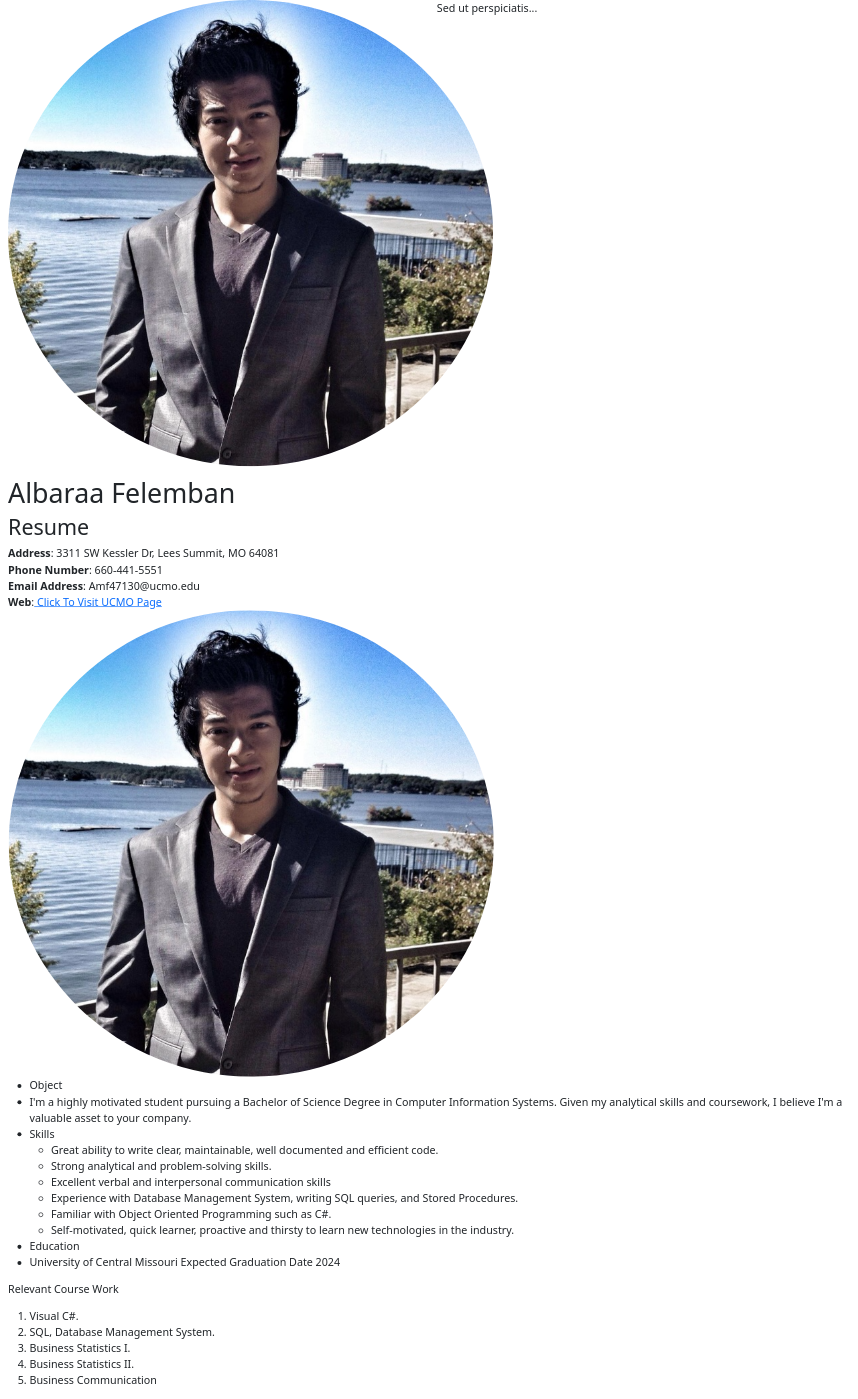
Repository: MrFelemban/RealEstate_Web-cis2625
Page: Lesson 8/index.html
The author's editor kept a record of every edit. The page is drawn from the files as they stood at one moment, then again after the next edit.
The browser window is 1280 px wide. The pictures show the whole page, at 67% of full size.

Above is the page before.

### Lesson 8/index.html
<!doctype html>
<html lang="en">
  <head>
    <meta charset="utf-8">
    <meta name="viewport" content="width=device-width, initial-scale=1">
    <title>Bootstrap demo</title>
    <link href="https://cdn.jsdelivr.net/npm/bootstrap@5.3.0-alpha1/dist/css/bootstrap.min.css" rel="stylesheet" integrity="sha384-GLhlTQ8iRABdZLl6O3oVMWSktQOp6b7In1Zl3/Jr59b6EGGoI1aFkw7cmDA6j6gD" crossorigin="anonymous">
  </head>
  <body>
      <div class="container-fluid">
  <div class="row">
    <div class="col-sm-3 col-md-6">
      <p>				<img src="PersonalPhoto.jpg"class="rounded-circle" alt="Albaraa Photo">
</p>
    </div>
    <div class="col-sm-9 col-md-6">
      <p>Sed ut perspiciatis...</p>
      </div>
    <div class="row">
  </div>
</div>
	<table name="top" id="top">
		<tr>
			<td>
				<img src="PersonalPhoto.jpg"class="rounded-circle" alt="Albaraa Photo">
			</td>
			<div class="Div_Name">
				<h1> Albaraa Felemban</h1>
			</div>
			<h2>Resume</h2>
			<div class="myDiv">
				<b>Address</b>: 3311 SW Kessler Dr, Lees Summit, MO 64081</br>
				<b>Phone Number</b>: 660-441-5551</br>
				<b>Email Address</b>: Amf47130@ucmo.edu</br>
				<b>Web</b>:<a href=" http://www.ucmo.edu"> Click To Visit UCMO Page </a>
				</td>
		</tr>
		</div>
	</table>
	<ul>
		<li class="Subject">Object</li>

		<li id="Hook">I'm a highly motivated student pursuing a Bachelor of Science Degree in Computer Information Systems. Given my analytical skills and coursework, I believe I'm a valuable asset to your company.</li>

		<li class="Subject">Skills</li>

		<div class="Skills">
			<ul>
				<li>Great ability to write clear, maintainable, well documented and efficient code.</li>
				<li>Strong analytical and problem-solving skills.</li>
				<li>Excellent verbal and interpersonal communication skills</li>
				<li>Experience with Database Management System, writing SQL queries, and Stored Procedures.</li>
				<li>Familiar with Object Oriented Programming such as C#.</li>
				<li>Self-motivated, quick learner, proactive and thirsty to learn new technologies in the industry.</li>
			</ul>
		</div>
		<li class="Subject">Education</li>
		<li id="Education">
			University of Central Missouri Expected Graduation Date 2024
		</li>
	</ul>
	<p id="Courses">Relevant Course Work </p>
	<ol>
		<div class="Course_Work">
			<li>Visual C#.</li>
			<li>SQL, Database Management System.</li>
			<li>Business Statistics I.</li>
			<li>Business Statistics II.</li>
			<li>Business Communication</li>
		</div>
	</ol>    <script src="https://cdn.jsdelivr.net/npm/bootstrap@5.3.0-alpha1/dist/js/bootstrap.bundle.min.js" integrity="sha384-w76AqPfDkMBDXo30jS1Sgez6pr3x5MlQ1ZAGC+nuZB+EYdgRZgiwxhTBTkF7CXvN" crossorigin="anonymous"></script>
  </body>
</html>

After the next edit:
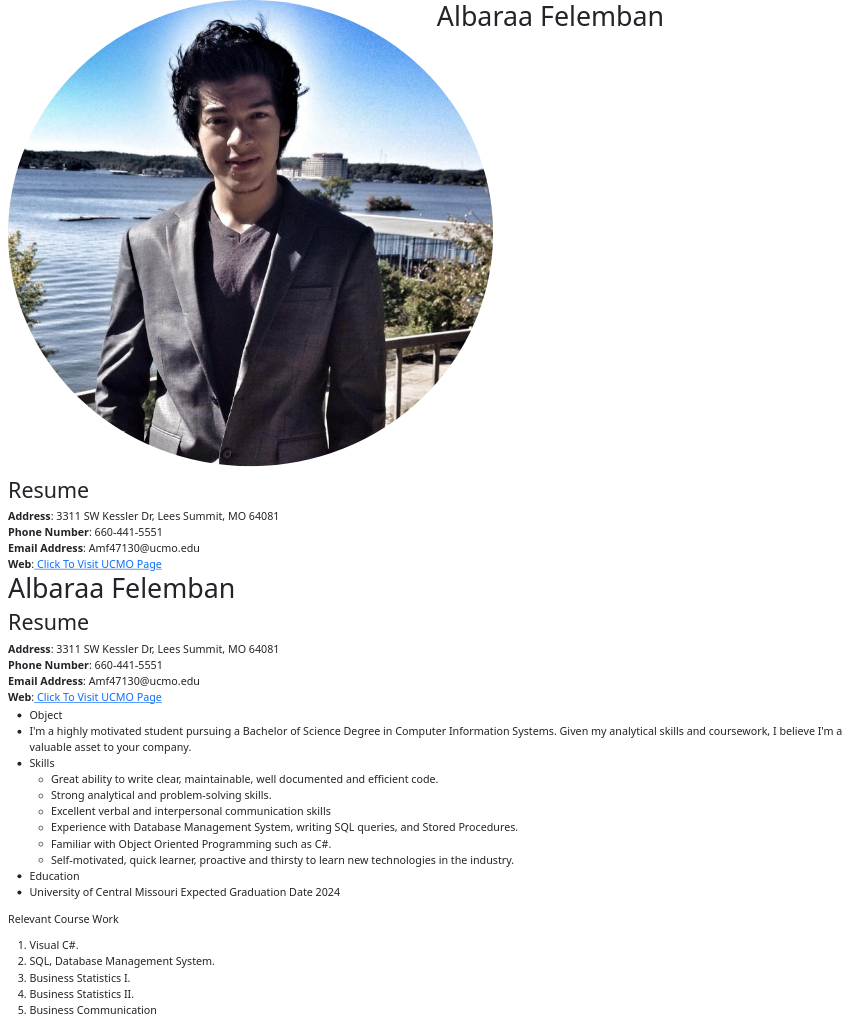
The edit:
--- a/Lesson 8/index.html
+++ b/Lesson 8/index.html
@@ -14,7 +14,15 @@
 </p>
     </div>
     <div class="col-sm-9 col-md-6">
-      <p>Sed ut perspiciatis...</p>
+     	<h1> Albaraa Felemban</h1>
+			</div>
+			<h2>Resume</h2>
+			<div class="myDiv">
+				<b>Address</b>: 3311 SW Kessler Dr, Lees Summit, MO 64081</br>
+				<b>Phone Number</b>: 660-441-5551</br>
+				<b>Email Address</b>: Amf47130@ucmo.edu</br>
+				<b>Web</b>:<a href=" http://www.ucmo.edu"> Click To Visit UCMO Page </a>
+				</td>
       </div>
     <div class="row">
   </div>
@@ -22,7 +30,6 @@
 	<table name="top" id="top">
 		<tr>
 			<td>
-				<img src="PersonalPhoto.jpg"class="rounded-circle" alt="Albaraa Photo">
 			</td>
 			<div class="Div_Name">
 				<h1> Albaraa Felemban</h1>
